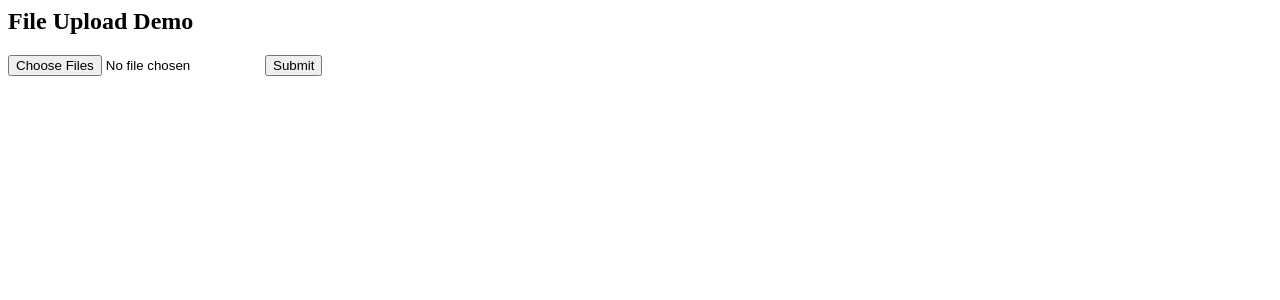
Repository: rakeshgowdan/Servlets-Jsp
Page: http://localhost/FileUploadDemo/
The author's editor kept a copy of each file at every save. The page is drawn from the files as they stood at one save, then again after the next save.
The browser window is 1280 px wide. The pictures show the whole page.
The page is served by Tomcat 9. Other server files are loaded and not shown.

Above is the page before, as saved 2019-02-04 15:32:32.

### FileUploadDemo/src/main/webapp/index.jsp
<html>
<body>
<head>
<h2>File Upload Demo</h2>
</head>
<form action="Upload" method="post" enctype="multipart/form-data">

  <input type="file" name="file" multiple/>
  <input type="submit">


</form>
</body>
</html>

After the next save:
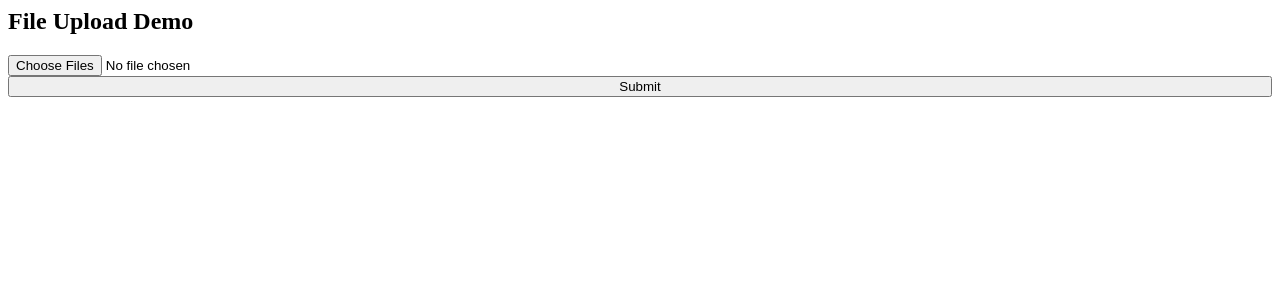
Saved 4 min 39 s later.
--- a/FileUploadDemo/src/main/webapp/index.jsp
+++ b/FileUploadDemo/src/main/webapp/index.jsp
@@ -2,6 +2,12 @@
 <body>
 <head>
 <h2>File Upload Demo</h2>
+<style>
+input {
+  width: 100%;
+}
+
+</style>
 </head>
 <form action="Upload" method="post" enctype="multipart/form-data">
 
